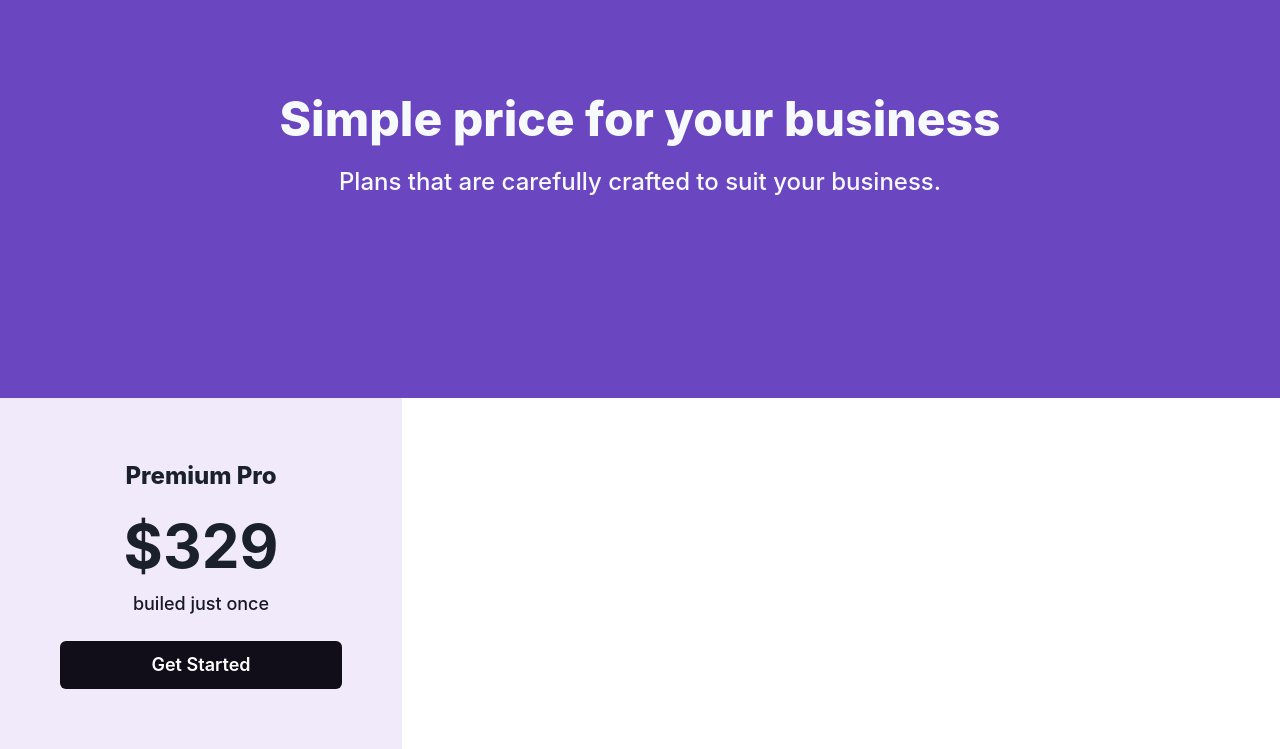
Repository: noutijo/learn-in-depth-chakra-ui
Page: /
These files come from the project's save history. The page is drawn as it stood at one moment and after a run of saves; the edit follows.
The browser window is 1280 px wide. The pictures show the whole page.
The project was rebuilt for these pictures with package versions that can differ from the ones it lists, and the page was loaded fresh each time. Also part of the build but not shown: vite.config.ts.

Above is the page before, as saved 2023-01-30 15:45:47.

After the next 2 saves:
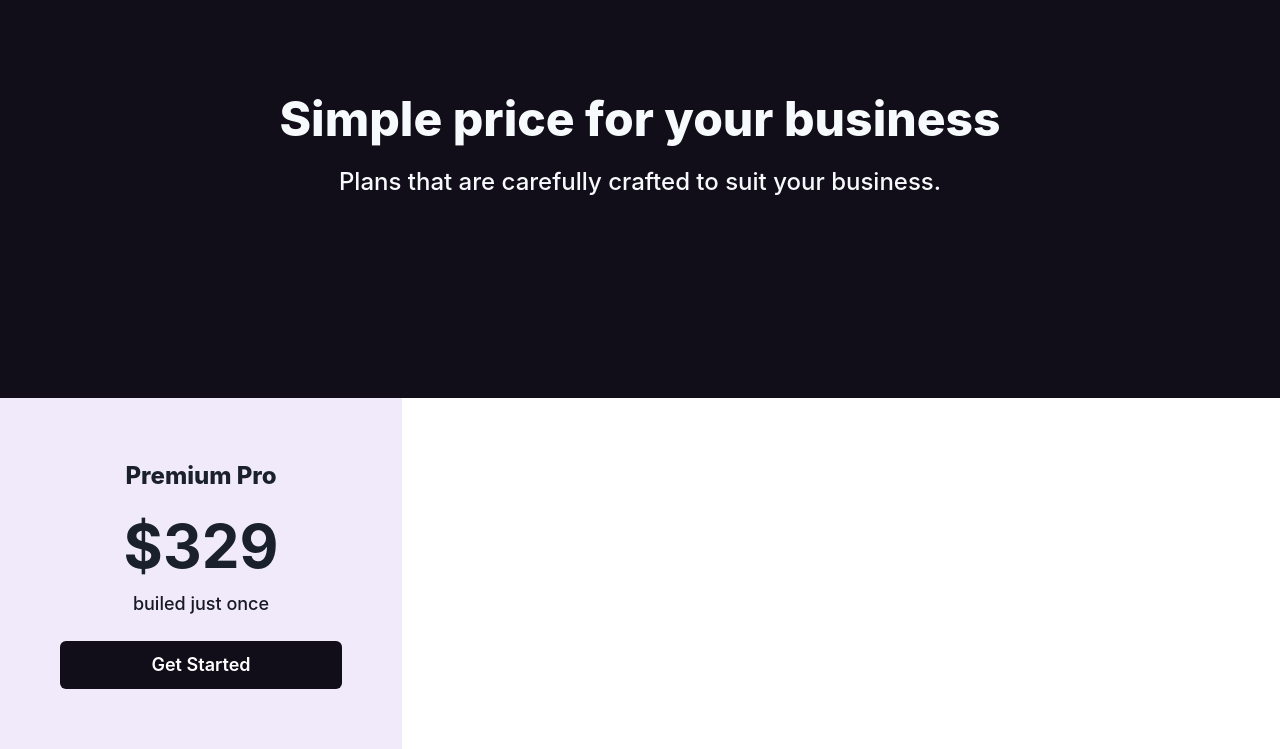
The 2 saves are shown as one change because they came seconds apart.
The last was saved 14 s later.
--- a/src/components/Header.tsx
+++ b/src/components/Header.tsx
@@ -3,7 +3,7 @@ import { Box, Heading, Text, Flex } from "@chakra-ui/react";
 
 export function Header() {
   return (
-    <Box as="section" color="#F7FAFC" bg="#6b46c1" pt="90px" pb="198px" px="32px">
+    <Box as="section" color="#F7FAFC" bg="#120E19" pt="90px" pb="198px" px="32px">
       <Heading fontWeight={800} fontSize={"48px"}>
         Simple price for your business
       </Heading>
